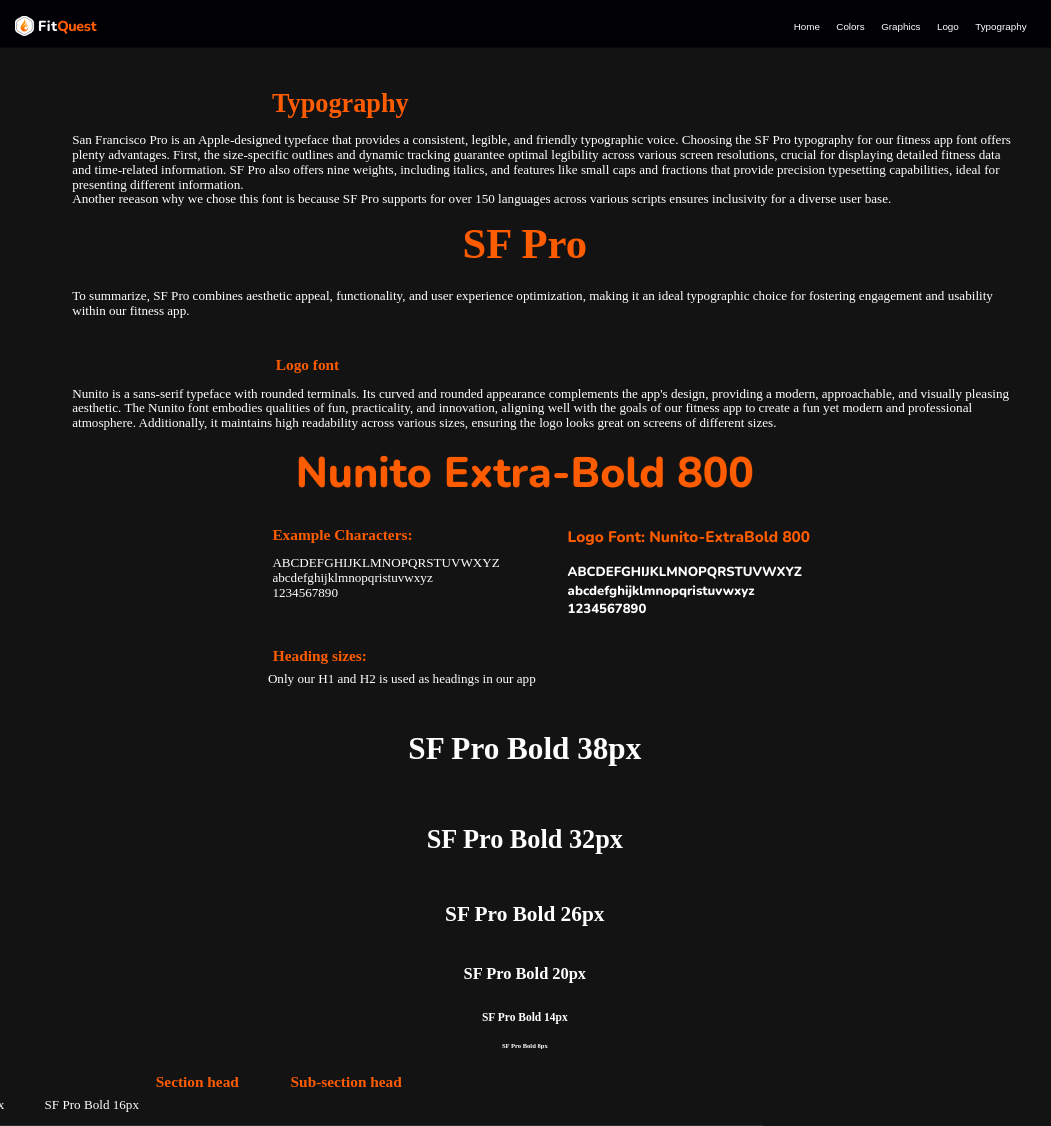
Repository: KyannaKrueger/a5styleguide
Page: /typography
These files come from the project's save history. The page is drawn as it stood at one moment and after the next save; the edit follows.
The browser window is 1280 px wide. The page is 1282 px wide, so the pictures cover 1282 px, including what lies to the right of the window. The pictures show the whole page, at 82% of full size.
The project was rebuilt for these pictures with package versions that can differ from the ones it lists, and the page was loaded fresh each time. The framework's server and built-in components were replaced by stand-ins that run in the browser. Also part of the build but not shown: next.config.mjs.

Above is the page before, as saved 2024-04-07 19:21:00.

After the next save:
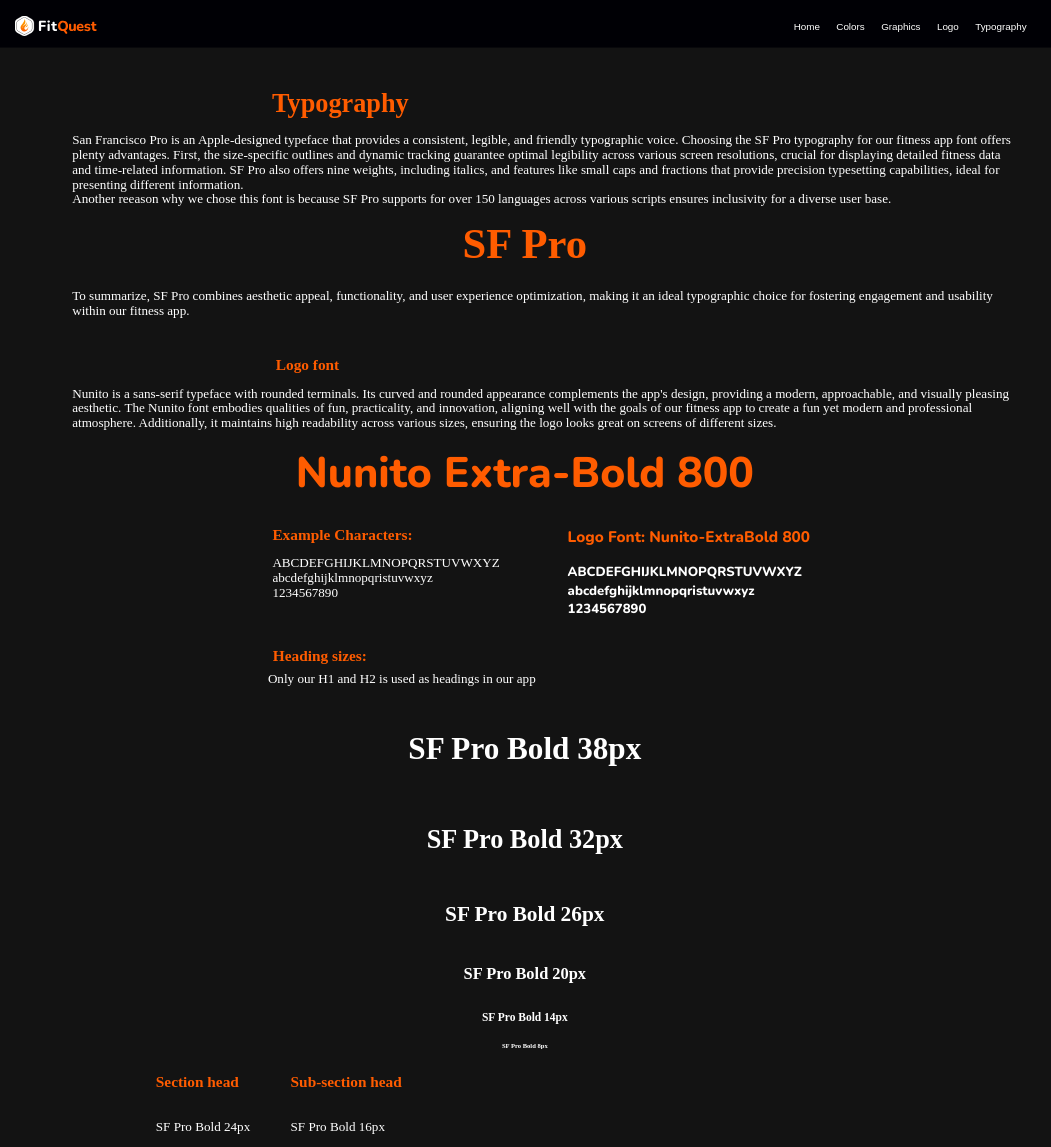
Saved 6 s later.
--- a/styles/typography.module.css
+++ b/styles/typography.module.css
@@ -188,6 +188,5 @@
 
 .sub {
     color: #fff;
-    margin-left: -300px;
-    margin-top: -10px;
+
 }
